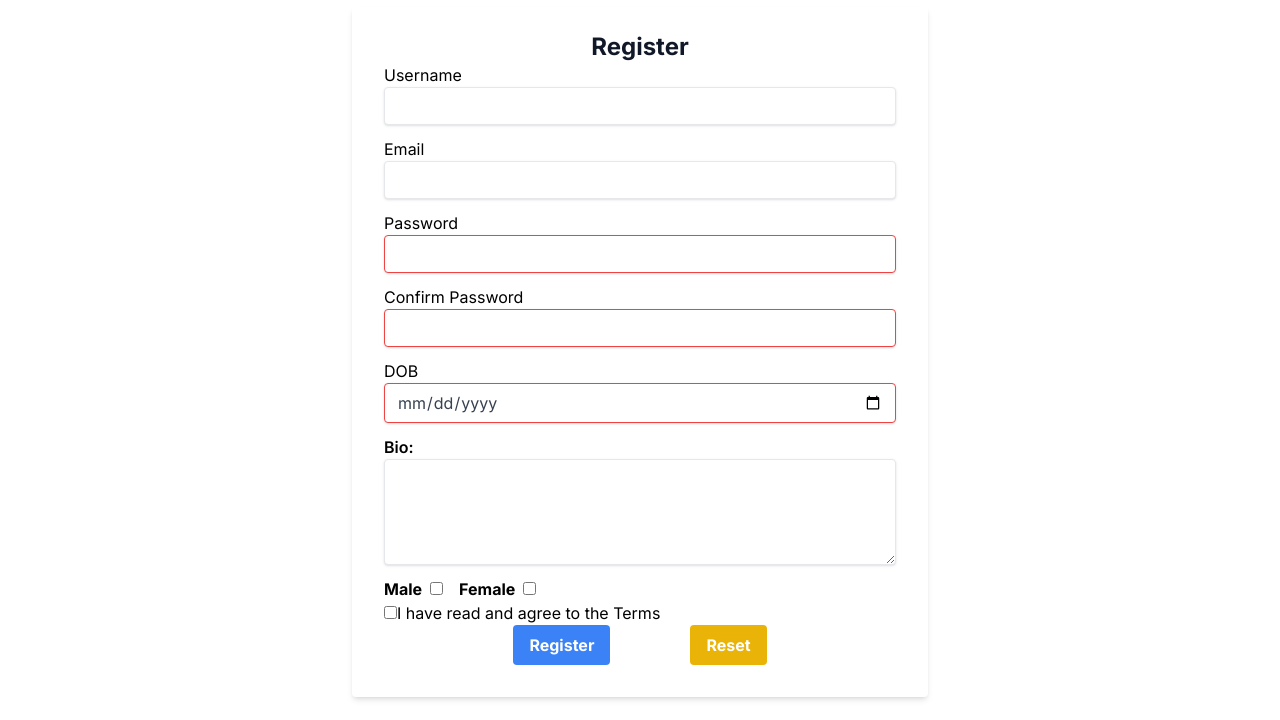
Repository: uh-sman/tiktok-card
Page: /
These files come from the project's save history. The page is drawn as it stood at one moment and after the next save; the edit follows.
The browser window is 1280 px wide. The pictures show the whole page.
The project was rebuilt for these pictures with package versions that can differ from the ones it lists, and the page was loaded fresh each time. The framework's server and built-in components were replaced by stand-ins that run in the browser. Also part of the build but not shown: next.config.js.

Above is the page before, as saved 2023-12-19 15:15:00.

### app/page.tsx
'use client'
// import Input from "./components/Input";
import { FieldValues, SubmitHandler, useForm } from "react-hook-form";
import AuthForm from "./components/AuthForm";
type FormValues = {
  name: string,
      email: string,
      password: string,
      confirmPassword: string,
      DateOfBirth: string,
      Bio: string,
      gender: string,
      termsAndConditions: string
}

export default function Home() {
  return (
    <div className="flex justify-center items-center h-screen w-full">

      <AuthForm />
    </div>
  )
}

### app/components/AuthForm.tsx
import React from "react";
import { useForm } from "react-hook-form";
// the type of data
type UserSubmitForm = {
    username: string;
    email: string;
    password: string;
    confirmPassword: string;
    acceptTerms: boolean;
    male:boolean;
    female:boolean;
    Bio:string;
    DateOfBirth: number
  };
const AuthForm: React.FC = () => {
    // using the useForm hook from the react-hook-form package
    const {register,handleSubmit, reset, formState} = useForm<UserSubmitForm>()
    // the onSubmit handler
    const onSubmit = (data: UserSubmitForm) => {
        if(data.male && data.female === true) {
            prompt('only one field can be selected')
            reset()
        }
        console.log(data)
    }
    return (
        <div className="w-full max-w-xl">
        <form className="bg-white shadow-md rounded px-8 pt-6 pb-8 mb-4" onSubmit={handleSubmit(onSubmit)}>
        <h2 className="font-bold text-gray-900 text-2xl text-center">Register</h2>
          <div className="flex flex-col">
            <label>Username</label>
            <input
            className="shadow appearance-none border rounded w-full py-2 px-3 text-gray-700 mb-3 leading-tight focus:outline-none focus:shadow-outline"
              type="text"
            //   using the hook to handle form state
            {...register('username')}
            />
            <div className="invalid-feedback">
                </div>
          </div>

          <div className="flex flex-col">
            <label>Email</label>
            <input
            className="shadow appearance-none border rounded w-full py-2 px-3 text-gray-700 mb-3 leading-tight focus:outline-none focus:shadow-outline"
            type="text"
            {...register('email')}
            />
            <div className="invalid-feedback">
                </div>
          </div>

          <div className="flex flex-col">
            <label>Password</label>
            <input
            className="shadow appearance-none border border-red-500 rounded w-full py-2 px-3 text-gray-700 mb-3 leading-tight focus:outline-none focus:shadow-outline"
            type="password"
            {...register('password')}
            />
            <div className="invalid-feedback">
                </div>
          </div>
          <div className="flex flex-col">
            <label>Confirm Password</label>
            <input
            className="shadow appearance-none border border-red-500 rounded w-full py-2 px-3 text-gray-700 mb-3 leading-tight focus:outline-none focus:shadow-outline"
              type="password"
              {...register('confirmPassword')}
            />
            <div className="invalid-feedback">
            </div>
          </div>
          <div className="flex flex-col">
            <label>DOB</label>
            <input
            className="shadow appearance-none border border-red-500 rounded w-full py-2 px-3 text-gray-700 mb-3 leading-tight focus:outline-none focus:shadow-outline"
              type="date"
              {...register('DateOfBirth')}
            />
            <div className="invalid-feedback">
            </div>
          </div>
          <div className="flex flex-col">
            <label className="font-semibold">Bio:</label>
            <textarea
            className="shadow appearance-none border rounded w-full py-8 px-3 text-gray-700 mb-3 leading-tight focus:outline-none focus:shadow-outline"
            {...register('Bio')}
            />
            <div className="invalid-feedback">
            </div>
          </div>

          <div className="">
           <div className="flex items-center gap-4 text-md font-bold">
           <div className="">
                <label className="mr-2" htmlFor="Male">Male</label>
            <input
              type="checkbox"
              {...register('male')}
              />

            </div>
            <div className="">
                <label className="mr-2" htmlFor="Female">Female</label>
            <input
              type="checkbox"
              {...register('female')}
              />
            </div>
           </div>
            <div className="invalid-feedback">
                </div>
          </div>
          <div className="">
            <input
              type="checkbox"
              {...register('acceptTerms')}
              />
            <label htmlFor="acceptTerms" className="form-check-label">
              I have read and agree to the Terms
            </label>
            <div className="invalid-feedback">
                </div>
          </div>

          <div className="flex justify-center gap-20">
            <button type="submit" className="bg-blue-500 hover:bg-blue-700 text-white font-bold py-2 px-4 rounded focus:outline-none focus:shadow-outline">
              Register
            </button>
            <button
              type="button"
              onClick={() => reset()}
              className="bg-yellow-500 hover:bg-yellow-700 text-white font-bold py-2 px-4 rounded focus:outline-none focus:shadow-outline"
              >
              Reset
            </button>
          </div>
        </form>
      </div>
    )
}

export default AuthForm;

Loaded but not shown: app/layout.tsx (common file); app/globals.css (common file); tailwind.config.ts (common file)

After the next save:
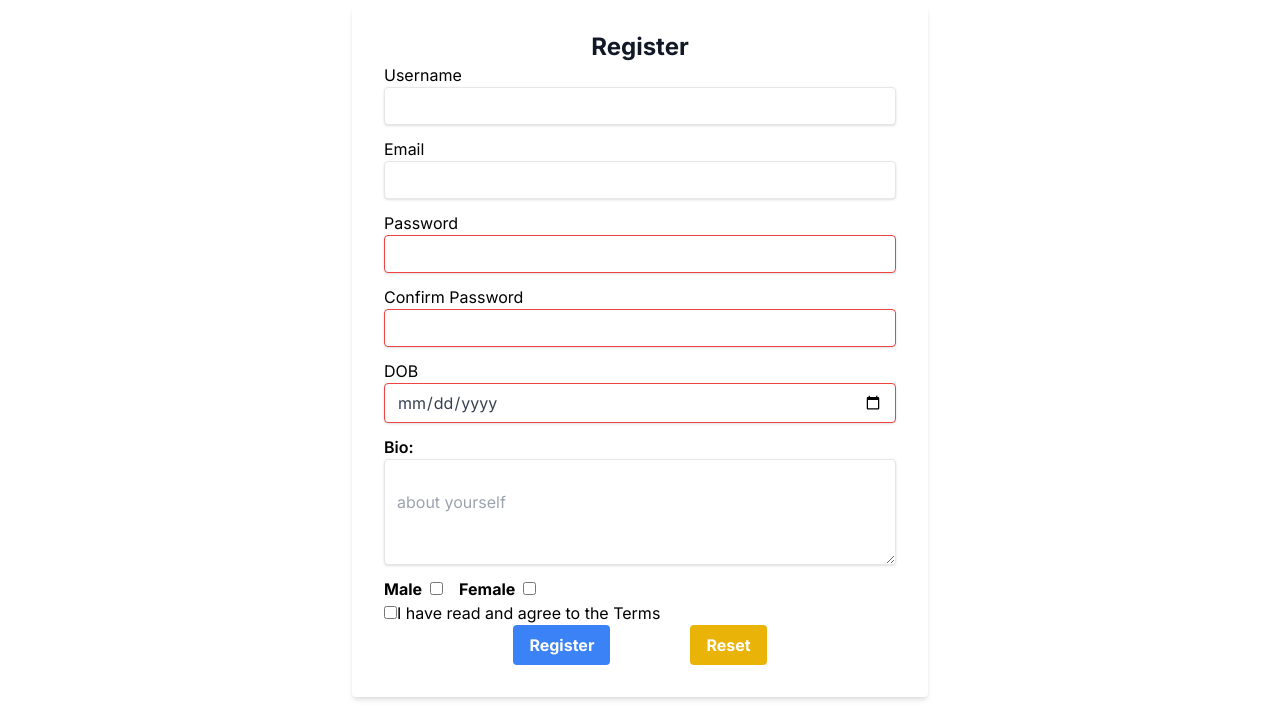
Saved 32 s later.
--- a/app/components/AuthForm.tsx
+++ b/app/components/AuthForm.tsx
@@ -83,6 +83,7 @@ const AuthForm: React.FC = () => {
           <div className="flex flex-col">
             <label className="font-semibold">Bio:</label>
             <textarea
+            placeholder="about yourself"
             className="shadow appearance-none border rounded w-full py-8 px-3 text-gray-700 mb-3 leading-tight focus:outline-none focus:shadow-outline"
             {...register('Bio')}
             />
